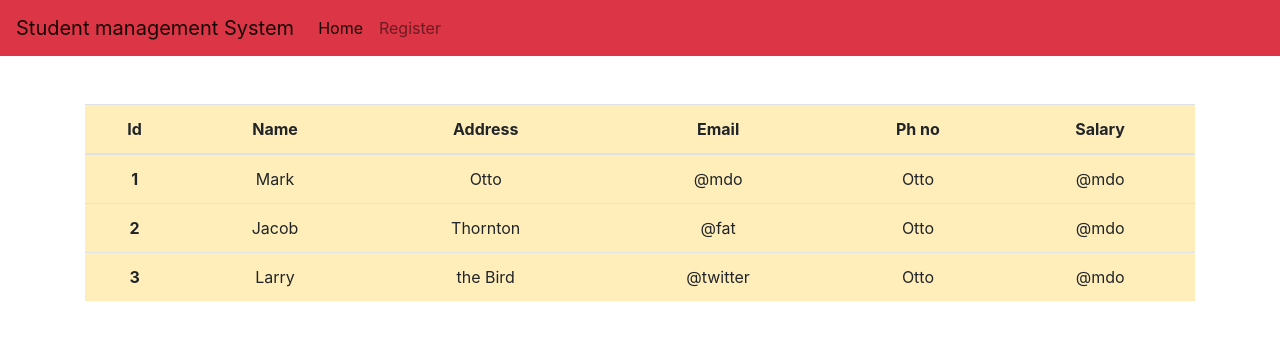
Repository: arindolghosh44/spring
Page: http://localhost/index
The author's editor kept a copy of each file at every save. The page is drawn from the files as they stood at one save, then again after the next save.
The browser window is 1280 px wide. The pictures show the whole page.
Some web libraries are served in a nearby version. The page is this project's Thymeleaf template; nobody is signed in. The template is opened directly, without the code that normally fills it, so the values that code supplies are empty.

Above is the page before, as saved 2024-01-20 04:22:49.

### emp_management_System1-1/src/main/resources/templates/index.html
<!doctype html>
<html lang="en">
  <head>
    <!-- Required meta tags -->
    <meta charset="utf-8">
    <meta name="viewport" content="width=device-width, initial-scale=1, shrink-to-fit=no">

    <!-- Bootstrap CSS -->
    <link rel="stylesheet" href="https://cdn.jsdelivr.net/npm/bootstrap@4.0.0/dist/css/bootstrap.min.css" integrity="sha384-Gn5384xqQ1aoWXA+058RXPxPg6fy4IWvTNh0E263XmFcJlSAwiGgFAW/dAiS6JXm" crossorigin="anonymous">

    <title>home page</title>
  </head>
  <body>
    <!-- Navbar -->



      <nav class="navbar navbar-expand-lg navbar-light bg-danger">
  <a class="navbar-brand" href="#">Student management System</a>
  <button class="navbar-toggler" type="button" data-toggle="collapse" data-target="#navbarSupportedContent" aria-controls="navbarSupportedContent" aria-expanded="false" aria-label="Toggle navigation">
    <span class="navbar-toggler-icon"></span>
  </button>

  <div class="collapse navbar-collapse" id="navbarSupportedContent">
    <ul class="navbar-nav mr-auto">
      <li class="nav-item active">
        <a class="nav-link" href="#">Home <span class="sr-only">(current)</span></a>
      </li>
      <li class="nav-item-active">
        <a class="nav-link" href="#">Register</a>
      </li>


    </ul>

  </div>
</nav>



















    <div class="container mt-5 text-center">
    <table class="table table-warning">
  <thead>
    <tr>
      <th scope="col">Id</th>
      <th scope="col">Name</th>
      <th scope="col">Address</th>
      <th scope="col">Email</th>
        <th scope="col">Ph no</th>
          <th scope="col">Salary</th>
    </tr>
  </thead>
  <tbody>
    <tr>
      <th scope="row">1</th>
      <td>Mark</td>
      <td>Otto</td>
      <td>@mdo</td>
        <td>Otto</td>
      <td>@mdo</td>
    </tr>
    <tr>
      <th scope="row">2</th>
      <td>Jacob</td>
      <td>Thornton</td>
      <td>@fat</td>
        <td>Otto</td>
      <td>@mdo</td>
    </tr>
    <tr>
      <th scope="row">3</th>
      <td>Larry</td>
      <td>the Bird</td>
      <td>@twitter</td>
        <td>Otto</td>
      <td>@mdo</td>
    </tr>
  </tbody>
</table>





    </div>











































    <!-- Navbar -->

    <!-- Optional JavaScript -->
    <!-- jQuery first, then Popper.js, then Bootstrap JS -->
    <script src="https://code.jquery.com/jquery-3.2.1.slim.min.js" integrity="sha384-KJ3o2DKtIkvYIK3UENzmM7KCkRr/rE9/Qpg6aAZGJwFDMVNA/GpGFF93hXpG5KkN" crossorigin="anonymous"></script>
    <script src="https://cdn.jsdelivr.net/npm/popper.js@1.12.9/dist/umd/popper.min.js" integrity="sha384-ApNbgh9B+Y1QKtv3Rn7W3mgPxhU9K/ScQsAP7hUibX39j7fakFPskvXusvfa0b4Q" crossorigin="anonymous"></script>
    <script src="https://cdn.jsdelivr.net/npm/bootstrap@4.0.0/dist/js/bootstrap.min.js" integrity="sha384-JZR6Spejh4U02d8jOt6vLEHfe/JQGiRRSQQxSfFWpi1MquVdAyjUar5+76PVCmYl" crossorigin="anonymous"></script>
  </body>
</html>

After the next save:
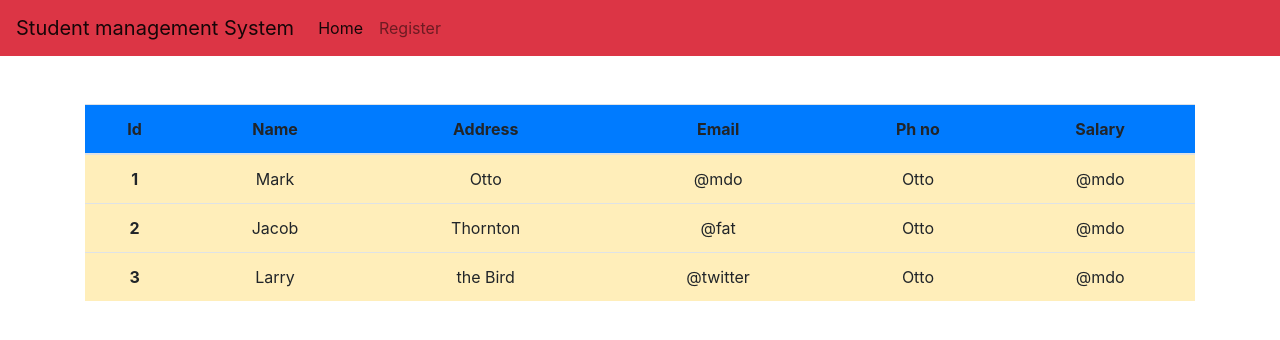
Saved 52 s later.
--- a/emp_management_System1-1/src/main/resources/templates/index.html
+++ b/emp_management_System1-1/src/main/resources/templates/index.html
@@ -56,7 +56,7 @@
 
     <div class="container mt-5 text-center">
     <table class="table table-warning">
-  <thead>
+  <thead class="text-center bg-primary">
     <tr>
       <th scope="col">Id</th>
       <th scope="col">Name</th>
